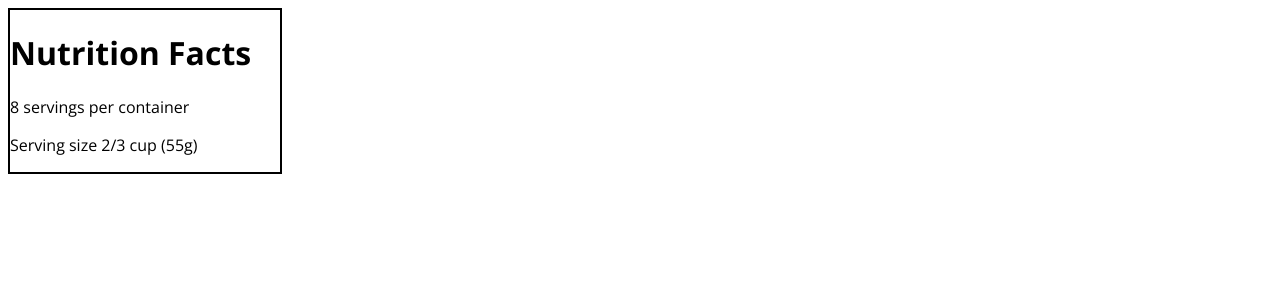
Repository: cipdanila/freeCodeCamp
Page: NutritionLabel/index.html
These files come from the project's save history. The page is drawn as it stood at one moment and after the next save; the edit follows.
The browser window is 1280 px wide. The pictures show the whole page.

Above is the page before, as saved 2023-10-09 19:20:54.

After the next save:
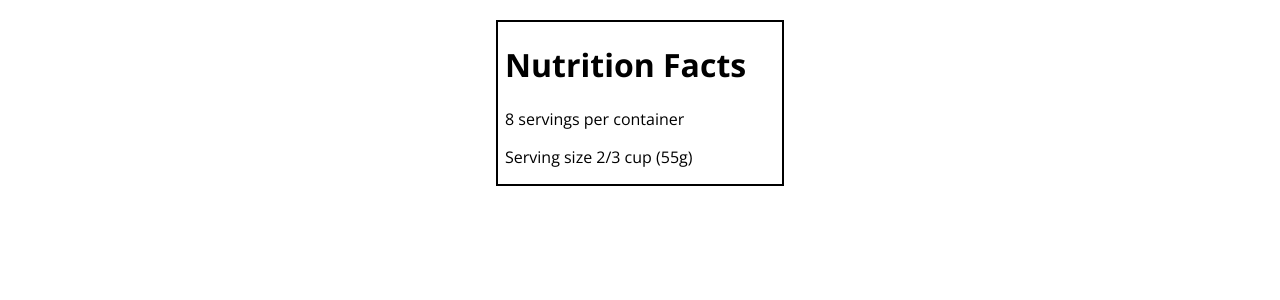
Saved 55 s later.
--- a/NutritionLabel/styles.css
+++ b/NutritionLabel/styles.css
@@ -9,4 +9,6 @@
 .label {
     border: 2px solid black;
     width: 270px;
+    margin: 20px auto;
+    padding: 0 7px;
 }
